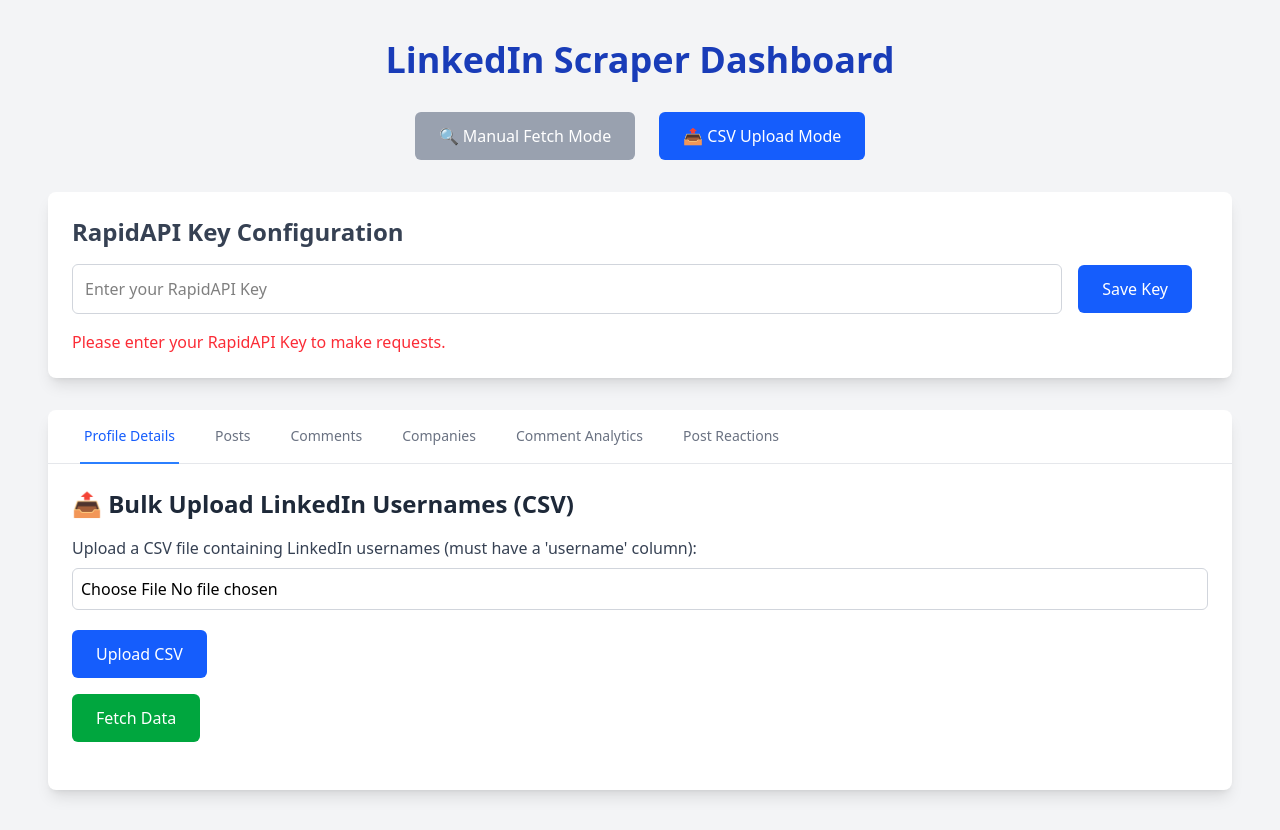
Repository: vigneshcj001/LinkedIn-Scraper-Dashboard
Page: /, after clicking the first element matching `div.flex > :nth-child(2)`
These files come from the project's save history. The page is drawn as it stood at one moment and after the next save; the edit follows.
The browser window is 1280 px wide. The pictures show the whole page.
The project was rebuilt for these pictures with package versions that can differ from the ones it lists, and the page was loaded fresh each time. Also part of the build but not shown: vite.config.js, src/components/DataTable.jsx, src/components/tabs/PostsTab.jsx, src/components/tabs/CommentsTab.jsx, src/components/tabs/CompanyTab.jsx, src/components/tabs/AnalyticsTab.jsx, src/components/tabs/ReactionsTab.jsx, src/components/BulkUpload/BulkPostsUploadTab.jsx and 4 more.

Above is the page before, as saved 2025-11-05 14:51:12.

After the next save:
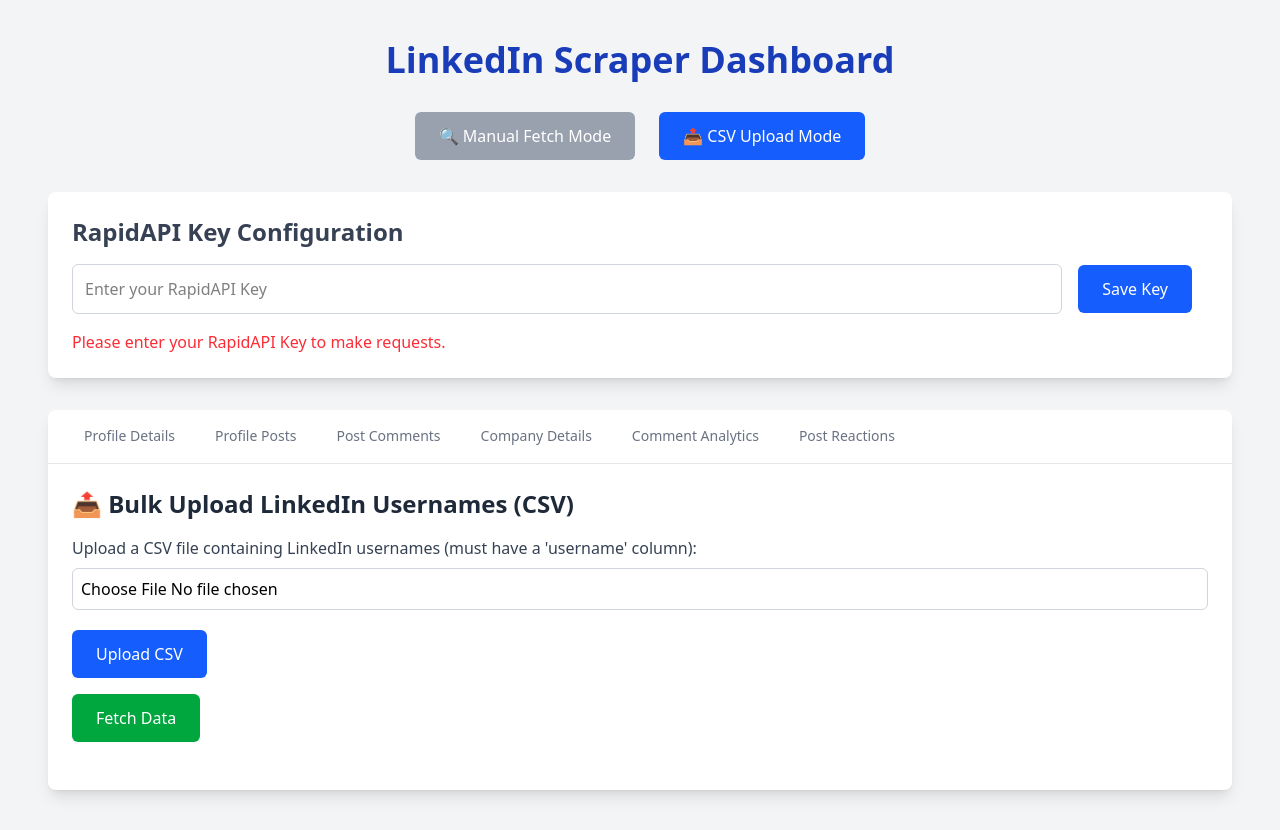
Saved 29 s later.
--- a/src/components/BulkUpload/BulkUploadTab.jsx
+++ b/src/components/BulkUpload/BulkUploadTab.jsx
@@ -36,10 +36,10 @@
           aria-label="Bulk Upload Tabs"
         >
           {[
-            { name: "Profile Details", id: "profiles" },
-            { name: "Posts", id: "posts" },
-            { name: "Comments", id: "comments" },
-            { name: "Companies", id: "companies" },
+            { name: "Profile Details", id: "profile" },
+            { name: "Profile Posts", id: "posts" },
+            { name: "Post Comments", id: "comments" },
+            { name: "Company Details", id: "company" },
             { name: "Comment Analytics", id: "analytics" },
             { name: "Post Reactions", id: "reactions" },
           ].map((tab) => (
